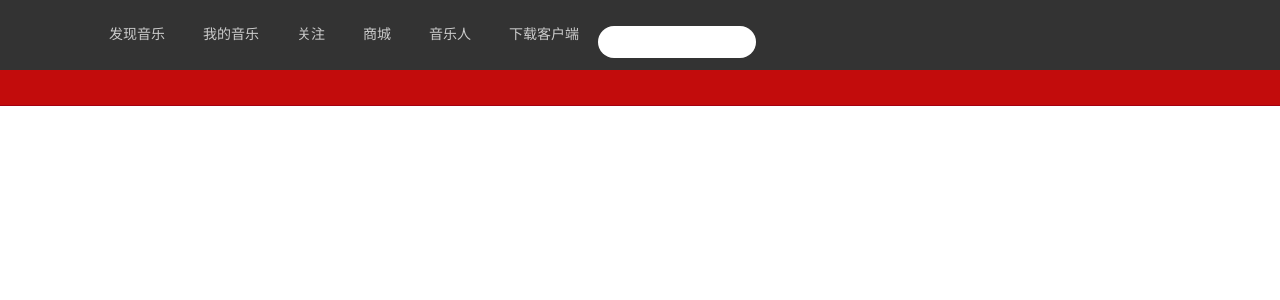
Repository: xtcgjk/-
Page: /
These files come from the project's save history. The page is drawn as it stood at one moment and after the next save; the edit follows.
The browser window is 1280 px wide. The pictures show the whole page.
The project was rebuilt for these pictures with package versions that can differ from the ones it lists, and the page was loaded fresh each time.

Above is the page before, as saved 2022-02-23 16:25:27.

After the next save:
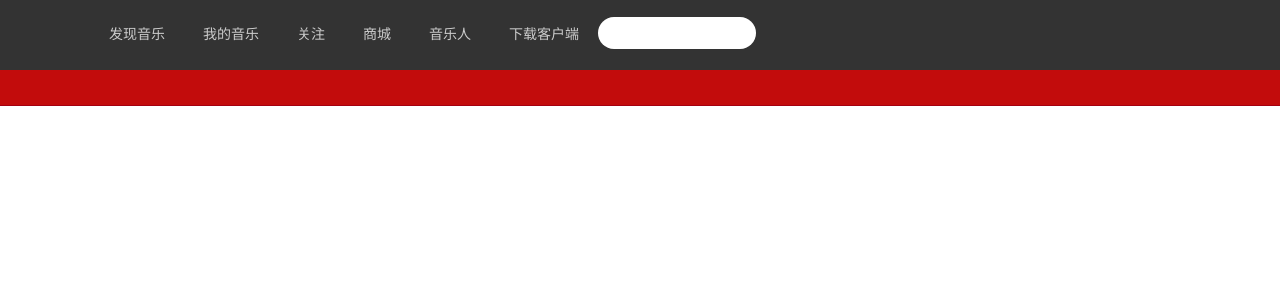
Saved 7 s later.
--- a/src/components/header/index.vue
+++ b/src/components/header/index.vue
@@ -47,6 +47,6 @@ a {
   border-radius: 32px;
   display: inline-block;
   position: relative;
-  top: 19px;
+  top: 10px;
 }
 </style>
